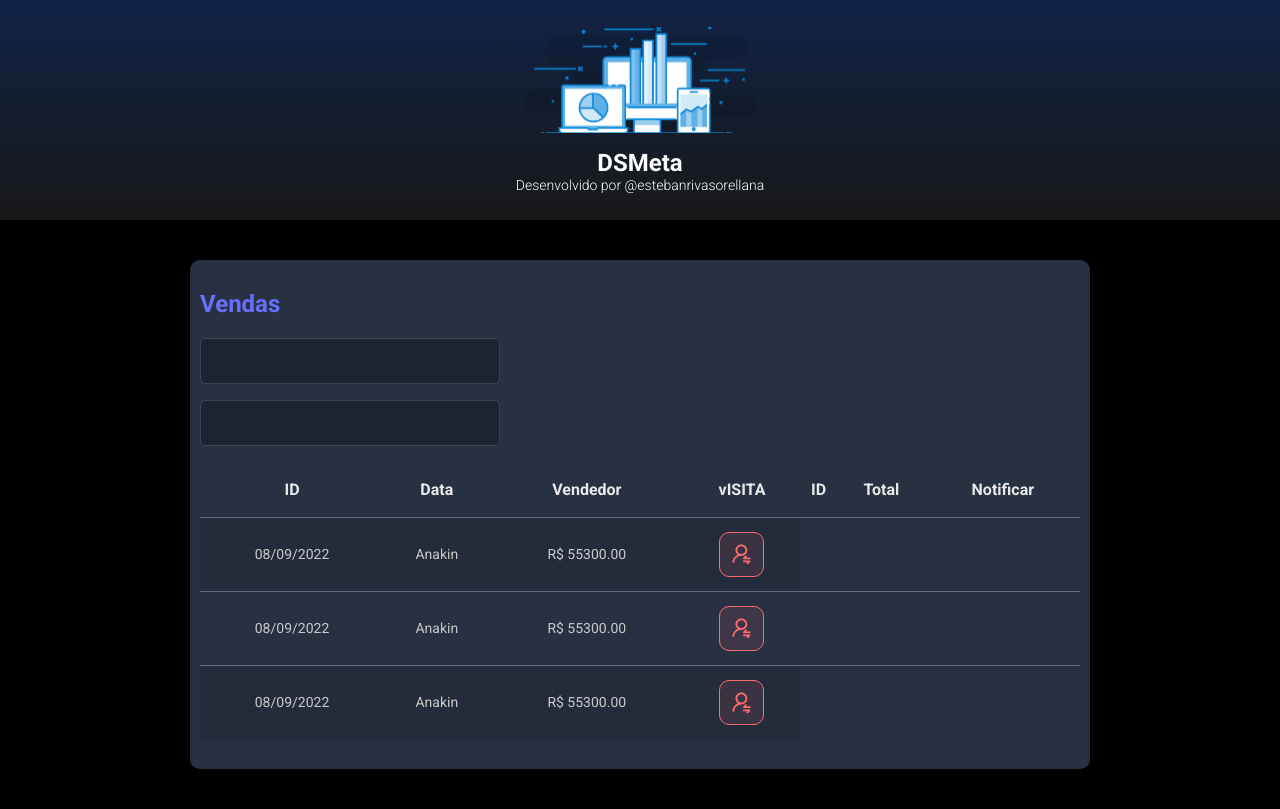
Repository: estebanrivas/dsmeta-css
Page: index.html
These files come from the project's save history. The page is drawn as it stood at one moment and after a run of saves; the edit follows.
The browser window is 1280 px wide. The pictures show the whole page.

Above is the page before, as saved 2022-09-08 22:24:31.

### index.html
<!DOCTYPE html>
<html lang="en">

<head>
    <meta charset="UTF-8">
    <meta http-equiv="X-UA-Compatible" content="IE=edge">
    <meta name="viewport" content="width=device-width, initial-scale=1.0">
    <title>DSMeta</title>

    <link rel="stylesheet" href="css/styles.css">
</head>

<body>
    <header>
        <div class="dsmeta-logo-container">
            <img src="images/logo.svg" alt="DSMeta">
            <h1>DSMeta</h1>
            <p>Desenvolvido por
                <a href="https://www.instagram.com/estebanrivasorellana/">@estebanrivasorellana</a>
            </p>
        </div>
    </header>

    <main>
        <section id="sales">
            <div class="dsmeta-container">
                <div class="dsmeta-card">
                    <h2 class="dsmeta-sales-title">Vendas</h2>

                    <div>
                        <div class="dsmeta-form-control-container">
                            <input class="dsmeta-form-control" type="text">
                        </div>
                        <div class="dsmeta-form-control-container">
                            <input class="dsmeta-form-control" type="text">
                        </div>
                    </div>

                    <div>
                        <table class="dsmeta-sales-table">
                            <thead>
                                <tr>
                                    <th class="show900">ID</th>
                                    <th class="show576">Data</th>
                                    <th>Vendedor</th>
                                    <th class="show900">vISITA</th>
                                    <th class="show900">ID</th>
                                    <th>Total</th>
                                    <th>Notificar</th>
                                </tr>
                            </thead>
                            <tbody>
                                <tr>
                                    <td class="show576">08/09/2022</td>
                                    <td>Anakin</td>
                                    <td>R$ 55300.00</td>
                                    <td>
                                        <div class="dsmeta-red-btn-container">
                                            <div class="dsmeta-red-btn">
                                                <img src="images/notification-icon.svg" alt="Notificar">
                                            </div>
                                        </div>
                                    </td>
                                </tr>
                                <tr>
                                    <td class="show576">08/09/2022</td>
                                    <td>Anakin</td>
                                    <td>R$ 55300.00</td>
                                    <td>
                                        <div class="dsmeta-red-btn-container">
                                            <div class="dsmeta-red-btn">
                                                <img src="images/notification-icon.svg" alt="Notificar">
                                            </div>
                                        </div>
                                    </td>
                                </tr>
                                <tr>
                                    <td class="show576">08/09/2022</td>
                                    <td>Anakin</td>
                                    <td>R$ 55300.00</td>
                                    <td>
                                        <div class="dsmeta-red-btn-container">
                                            <div class="dsmeta-red-btn">
                                                <img src="images/notification-icon.svg" alt="Notificar">
                                            </div>
                                        </div>
                                    </td>
                                </tr>
                            </tbody>
                        </table>
                    </div>
                </div>
            </div>
        </section>
    </main>


</body>

</html>

### css/styles.css
@import url("https://fonts.googleapis.com/css2?family=Roboto:wght@300;400;700&display=swap");

* {
  font-family: "Roboto", sans-serif;
  box-sizing: border-box;
  margin: 0;
  padding: 0;
}

body,
html {
  background-color: #000;
  color: #fff;
}

a,
a:hover,
a:visited {
  color: unset;
  text-decoration: none;
}

header {
  height: 220px;
  background: linear-gradient(180deg, #102347 0%, #181818 100%);
  display: flex;
  align-items: center;
  justify-content: center;
}

.dsmeta-logo-container {
  display: flex;
  flex-direction: column;
  align-items: center;
}

.dsmeta-logo-container img {
  width: 235px;
}

.dsmeta-logo-container h1 {
  padding-top: 15px;
  font-size: 24px;
}

.dsmeta-logo-container p {
  font-size: 14px;
  font-weight: 300;
}

#sales {
  padding: 40px 10px;
}

.dsmeta-container {
  width: 100%;
  max-width: 900px;
  margin: 0 auto;
}

.dsmeta-card {
  background-color: #283142;
  border-radius: 10px;
  padding: 30px 10px;
}

.dsmeta-form-control-container {
  margin-bottom: 16px;
  max-width: 300px;
}

.dsmeta-form-control {
  width: 100%;
  height: 46px;
  background-color: #1b2531;
  border: 1px solid #384459;
  border-radius: 5px;
  color: #9aaabe;
  padding: 0 20px;
  font-size: 18px;
  font-weight: 400;
}

.dsmeta-sales-title {
  color: #676fff;
  font-size: 24px;
  margin-bottom: 20px;
}

.dsmeta-sales-table {
  width: 100%;
  border-spacing: 0;
  border-collapse: collapse;
}

.dsmeta-sales-table thead {
  height: 55px;
  font-size: 16px;
  color: #e9e9e9;
  font-weight: 700;
}

.dsmeta-sales-table tbody {
  font-size: 14px;
  font-weight: 400;
  color: #c9c9c9;
  text-align: center;
}

.dsmeta-sales-table tbody tr {
  height: 74px;
  border-top: 1px solid #5f6e82;
}

.dsmeta-sales-table tbody tr:hover > td {
  background-color: #384459;
}

.dsmeta-sales-table tbody tr:nth-child(odd) {
  background-color: #242c3b;
}

.dsmeta-red-btn-container{
    display: flex;
    justify-content: center;
}

.dsmeta-red-btn {
  height: 45px;
  width: 45px;
  display: flex;
  align-items: center;
  justify-content: center;
  background: rgba(255, 107, 114, 0.1);
  border: 1px solid #ff6b72;
  border-radius: 10px;
  cursor: pointer;
}

.dsmeta-red-btn img{
    width: 19px;
}

.show576{
    display: none;
}

@media (min-width: 576px){
    .show576{
        display: table-cell;
    }
}

After the next 2 saves:
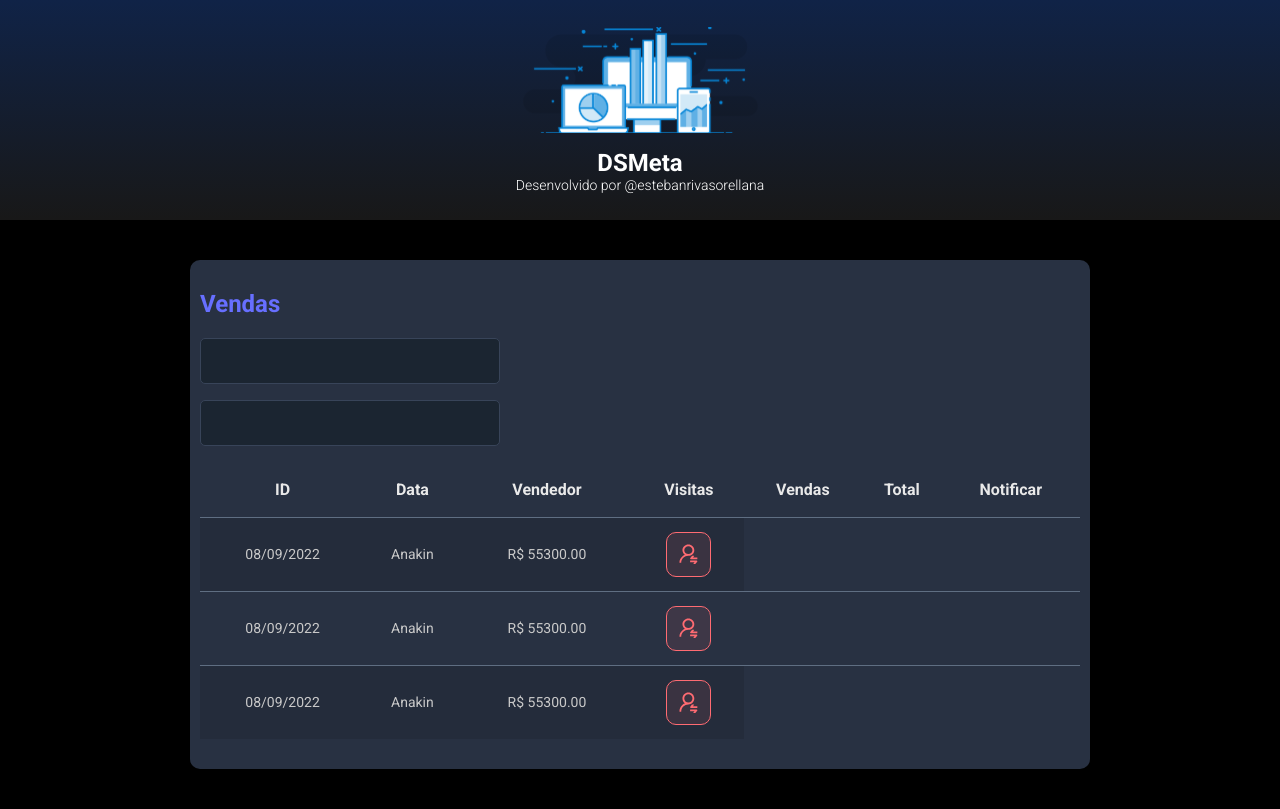
The 2 saves are shown as one change because they came seconds apart.
The last was saved 7 s later.
--- a/index.html
+++ b/index.html
@@ -43,8 +43,8 @@
                                     <th class="show900">ID</th>
                                     <th class="show576">Data</th>
                                     <th>Vendedor</th>
-                                    <th class="show900">vISITA</th>
-                                    <th class="show900">ID</th>
+                                    <th class="show900">Visitas</th>
+                                    <th class="show900">Vendas</th>
                                     <th>Total</th>
                                     <th>Notificar</th>
                                 </tr>
